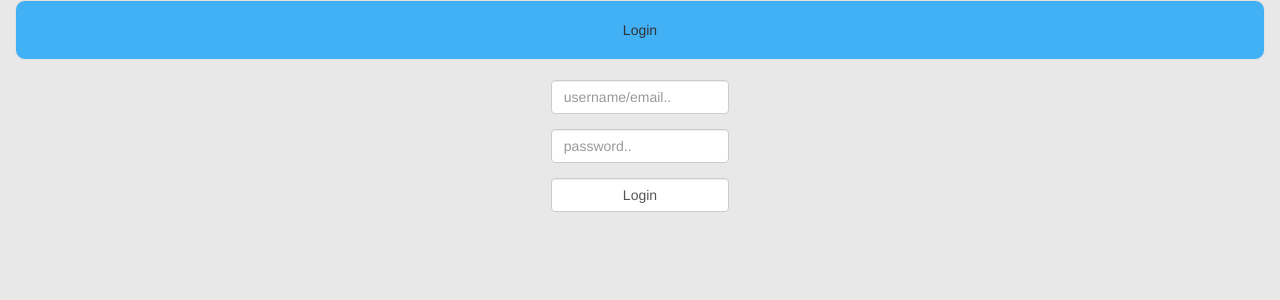
Repository: betardev/SocialProj
Page: http://localhost/SocialProjCustomers/CustomerRegistration/LoginForm.jsp
The author's editor kept a copy of each file at every save. The page is drawn from the files as they stood at one save, then again after the next save.
The browser window is 1280 px wide. The pictures show the whole page.
The page is served by Tomcat 9.

Above is the page before, as saved 2017-06-27 16:06:36.

After the next save:
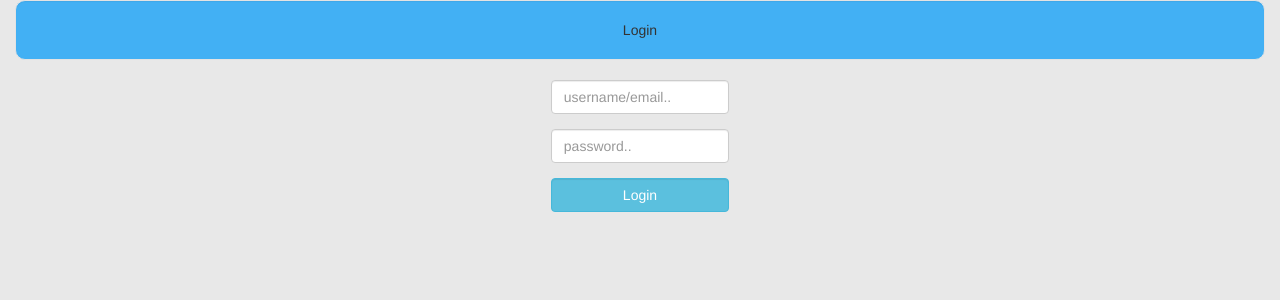
Saved 15 s later.
--- a/SocialProjCustomers/WebContent/CustomerRegistration/LoginForm.jsp
+++ b/SocialProjCustomers/WebContent/CustomerRegistration/LoginForm.jsp
@@ -37,7 +37,7 @@
 			<input class = "form-control" name = "password" id = "password" type = "password" placeholder = "password..">
 		</div>
 		<div class = "form-group">
-			<button class = "form-control" name = "submitLogin" id = "submitLogin" type = "button"> Login </button>
+			<button class = "form-control btn btn-info" name = "submitLogin" id = "submitLogin" type = "button"> Login </button>
 		</div>
 	</form>
 	<div class = "col-xs-5">
